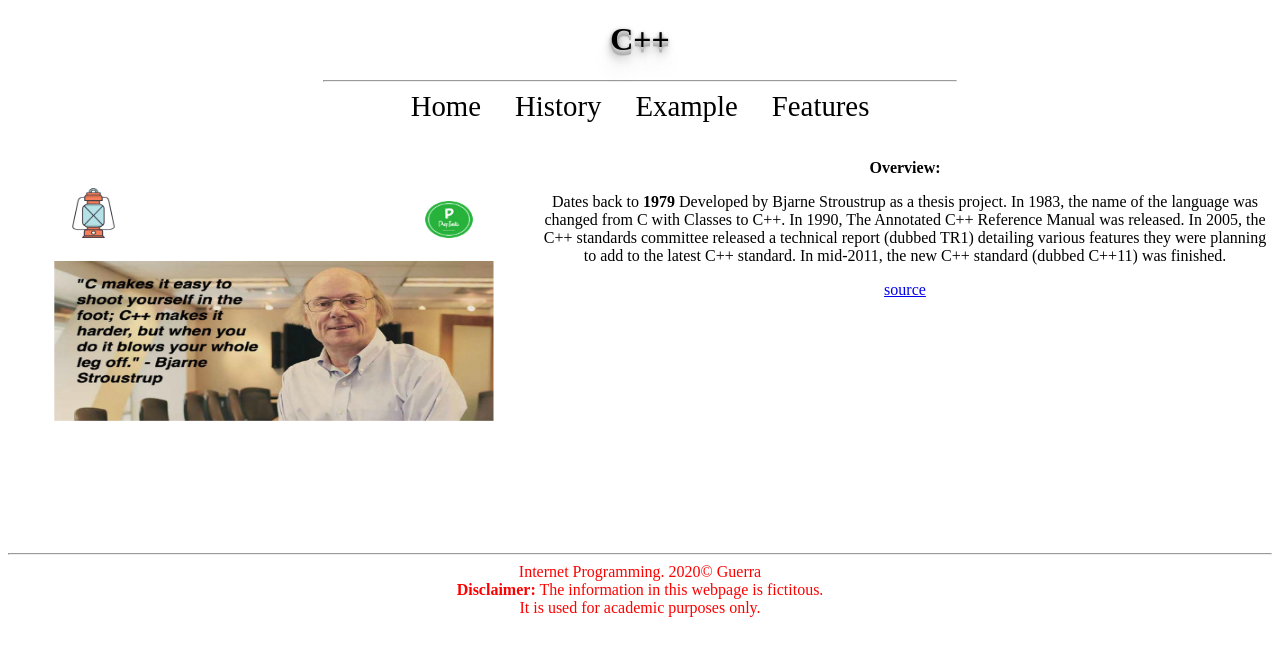
Repository: EricG831/a1
Page: a1/History.html
The author's editor kept a record of every edit. The page is drawn from the files as they stood at one moment, then again after the next edit.
The browser window is 1280 px wide. The pictures show the whole page.
Some web fonts or font styles are not loaded; a fallback is used.

Above is the page before.

After the next edit:
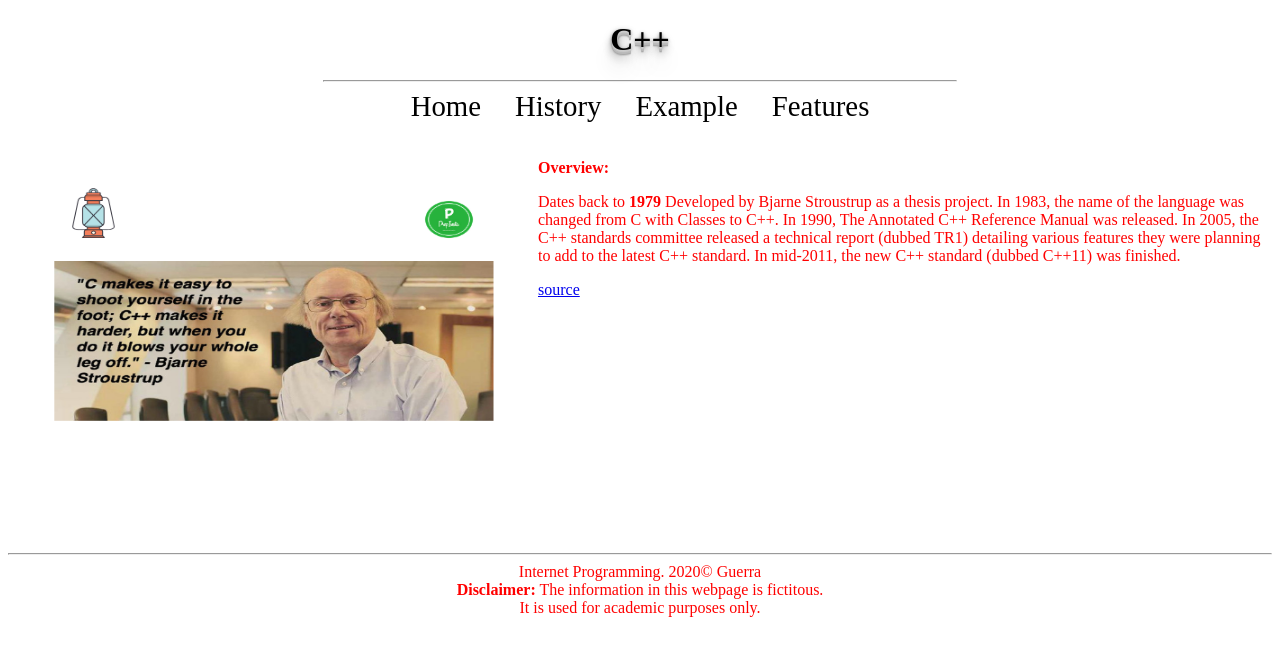
The edit:
--- a/a1/History.html
+++ b/a1/History.html
@@ -30,7 +30,7 @@
                 <img src="img/his.png" alt="Picture Of History" style="width:450px;height:350px;" />
             </figure>
 
-            <div id:"historyText">
+            <div id="historyText">
                 <strong>Overview:</strong> <br />
 
                 <p>Dates back to <strong>1979</strong>
